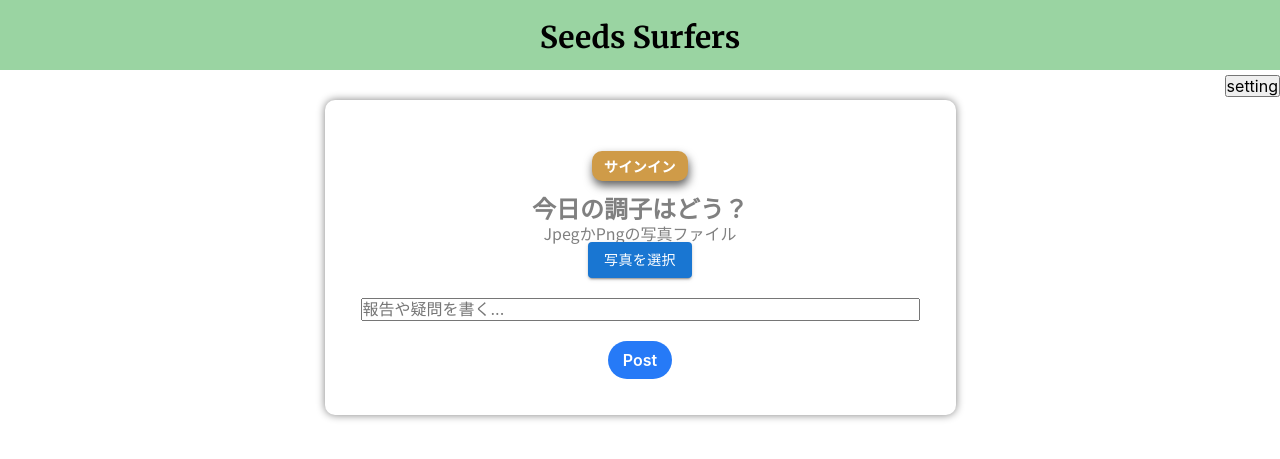
Repository: Seiya00002/seeds_surfers_react_sns
Page: /
The author's editor kept a copy of each file at every save. The page is drawn from the files as they stood at one save, then again after the next save.
The browser window is 1280 px wide. The pictures show the whole page.
The page's requests for data from a server got no answer. The project was rebuilt for these pictures with package versions that can differ from the ones it lists, and the page was loaded fresh each time. No one was signed in, and anything a server would have sent is missing. Also part of the build but not shown: src/Components/Post.css, src/Components/Post.tsx, src/Components/Account.tsx, src/Components/SignIn.css, src/Components/SignIn.tsx.

Above is the page before, as saved 2023-08-29 08:34:45.

### public/index.html
<!DOCTYPE html>
<html lang="en">
  <head>
    <meta charset="utf-8" />
    <link rel="icon" href="%PUBLIC_URL%/favicon.ico" />
    <meta name="viewport" content="width=device-width, initial-scale=1" />
    <meta name="theme-color" content="#000000" />
    <meta
      name="description"
      content="Web site created using create-react-app"
    />
    <link rel="apple-touch-icon" href="%PUBLIC_URL%/logo192.png" />

    <link rel="manifest" href="%PUBLIC_URL%/manifest.json" />

    <link rel="stylesheet" href="https://cdnjs.cloudflare.com/ajax/libs/normalize/8.0.1/normalize.min.css">
    <title>Seeds Surfers</title>
  </head>
  <body>
    <noscript>You need to enable JavaScript to run this app.</noscript>
    <div id="root"></div>

  </body>
</html>

### src/index.tsx
import React from 'react';
import { BrowserRouter, Routes, Route } from "react-router-dom";
import ReactDOM from 'react-dom/client';
import './index.css';
import reportWebVitals from './reportWebVitals';
import App from './App';
import Account from './Components/Account';
import SignIn from './Components/SignIn';

const root = ReactDOM.createRoot(
  document.getElementById('root') as HTMLElement
);
root.render(
  <React.StrictMode>
    <BrowserRouter>
      <Routes>
        <Route path='/' element={<App />} />
        <Route path='/account' element={<Account />} />
        <Route path='/signin' element={<SignIn />} />
      </Routes>
    </BrowserRouter>
  </React.StrictMode>
);

reportWebVitals();

### src/index.css
* {
  box-sizing: border-box;
  margin: 0;
  padding: 0;
}

body {
  font-family: -apple-system, BlinkMacSystemFont, 'Segoe UI', 'Roboto', 'Oxygen',
    'Ubuntu', 'Cantarell', 'Fira Sans', 'Droid Sans', 'Helvetica Neue',
    sans-serif;
  -webkit-font-smoothing: antialiased;
  -moz-osx-font-smoothing: grayscale;

}

code {
  font-family: source-code-pro, Menlo, Monaco, Consolas, 'Courier New',
    monospace;
}

### src/App.tsx
import React from 'react';
import './App.css';
import { db, storage } from './firebase';
import { useEffect, useState, useRef } from "react";
import { collection, query, orderBy, getDocs, QuerySnapshot } from "firebase/firestore";
import { doc, onSnapshot } from 'firebase/firestore';
import { AuthProvider } from './AuthContext';
import Header from './Header';
import Post from './Components/Post';
import PostUploader from './Components/PostUploader';

function App() {
  const [posts, setPosts] = useState<any>([]);

  useEffect(() => {
    const q = query(collection(db, 'posts'), orderBy('timestamp', 'desc'));
    // リアルタイム表示
    const unsubscribe = onSnapshot(q, (querySnapshot) => {
      const postsData = querySnapshot.docs.map((doc) => {
        return { id: doc.id, ...doc.data() };
      });
      setPosts(postsData);
    });

    return () => {
      // コンポーネントがアンマウントされる際にunsubscribeを行う
      unsubscribe();
    };
  }, []);

  console.log("Posts in App:", posts);

  return(
    <AuthProvider>
      <div className="App">
        <Header />
        <PostUploader setPosts={setPosts} />
        {posts.map((post:any) => (
          <Post key={post.timestamp} post={post} />
        ))}
      </div>
    </AuthProvider>
  );
}

export default App;

### src/App.css
@import url('https://fonts.googleapis.com/css2?family=Merriweather:wght@400;700&family=Noto+Sans+JP:wght@100;200;300;400;500;600;700&display=swap');

p {
  font-family: 'Noto Sans JP', sans-serif;
}

.App {
  text-align: center;
  display: flex;
  justify-content: center;
  align-items: center;
  width: 100%;
  flex-flow: column;
}

### src/firebase.tsx
import { initializeApp } from "firebase/app";
import { getFirestore } from "firebase/firestore";
import { getStorage } from "firebase/storage";
import { getAuth } from "firebase/auth";
import { GoogleAuthProvider } from "firebase/auth";


const firebaseConfig = {
  apiKey: "AIzaSyDRiOj3JAcuLe6c_Ms2hhsjBCCb8lLwSGU",
  authDomain: "seeds-surfers-react-sns.firebaseapp.com",
  projectId: "seeds-surfers-react-sns",
  storageBucket: "seeds-surfers-react-sns.appspot.com",
  messagingSenderId: "1087322797942",
  appId: "1:1087322797942:web:be61f4173bd538ec6e2c57"
};

const app = initializeApp(firebaseConfig);

export const storage = getStorage(app);
export const db = getFirestore(app);
export const auth = getAuth();
export const provider = new GoogleAuthProvider();

### src/AuthContext.tsx
import { useEffect } from "react";
import { auth } from "./firebase";
import { User } from "firebase/auth";
import { useAuthState } from "react-firebase-hooks/auth";
import { createContext, useState, Dispatch, SetStateAction  } from 'react';

type AuthContextType = {
    user: User | null;
    setUser: Dispatch<SetStateAction<User | null>>;
    signOut: () => Promise<void>;
};

export const AuthContext = createContext<AuthContextType>({
    user: null,
    setUser: () => {},
    signOut: async () => {}
});


export const AuthProvider = ({ children }: { children: React.ReactNode }) => {
    const [user, setUser] = useState<User | null>(() => {
        // リロード時ローカルストレージに状態一時保存
        const storedUser = localStorage.getItem('user');
        return storedUser ? JSON.parse(storedUser) : null;
    });

    useEffect(() => {
        if(user) {
            localStorage.setItem('user', JSON.stringify(user));
        } else {
            localStorage.removeItem('user');
        }
    }, [user]);

    const signOut = async () => {
        await auth.signOut();
        setUser(null);
    }

    return(
        <AuthContext.Provider value={{ user, setUser, signOut }}>
            { children }
        </AuthContext.Provider>
    );
};

### src/Header.tsx
import React from "react";
import { Link } from "react-router-dom";
import { AuthProvider } from './AuthContext';
import './Header.css';

function Header() {
    return(
        <AuthProvider>
            <div className="header">
                <h2>Seeds Surfers</h2>
                {/* <h3>Produced by cova.amigo</h3> */}
                <Link to="/account">
                <button
                className="settingButton"
                >
                    setting
                </button>
                </Link>
            </div>
        </AuthProvider>
    )
}

export default Header;

### src/Components/PostUploader.tsx
import React, { useState}  from "react";
import "./PostUploader.css";
import { Button } from '@mui/material';
import { db, storage } from "../firebase";
import { ref, uploadBytesResumable, getDownloadURL } from "firebase/storage";
import firebase from "firebase/app";
import "firebase/firestore";
import { addDoc, collection, serverTimestamp} from "firebase/firestore";
import Post from "./Post";
import Login from "./Login";

interface PostUploaderProps {
  setPosts: React.Dispatch<React.SetStateAction<any[]>>;
}

function PostUploader({ setPosts }: PostUploaderProps) {
  const [loading, setLoading] = useState<boolean>(false);
  const [isUpLoaded, setUploaded] = useState<boolean>(false);
  const [text, setText] = useState<string>("");
  const [fileUrl, setFileUrl] = useState<any>("");

  const OnFileUploadToFirebase = (e:any) => {
        const file = e.target.files[0];
        const storageRef = ref(storage, 'image/' + file.name);
        const uploadImage = uploadBytesResumable(storageRef, file);

        setLoading(true);

        uploadImage.then((snapshot) => {
          setLoading(false);
          setUploaded(true);
          return getDownloadURL(snapshot.ref);
        })
        .then((url) => {
          setFileUrl(url);
        })
        .catch((error: any) => {
          setLoading(false);
          console.error("画像のアップロードに失敗しました。:", error);
        });
  };

  const onTextUploadToFirebase = () => {
    addDoc(collection(db, "posts"), {
      text:text,
      imageUrl:fileUrl,
      timestamp: serverTimestamp(),
    })
    .then((docRef)=>{
      console.log("投稿が完了しました！");

      const newDocId = docRef.id;

      setText("");
      setFileUrl("");
      setUploaded(false);

      // Post コンポーネントに渡すデータに新しいドキュメントIDを追加
      setPosts((prevPosts) => [
        ...prevPosts,
        {
          text: text,
          imageUrl: fileUrl,
          timestamp: serverTimestamp(),
          id: newDocId,
        },
      ]);

      console.log("新しく追加されたドミュメントのID:", newDocId);
    })
    .catch((error: any) => {
      console.error("エラーが発生しました。:",error);
    });
  };


  return (
    <>
      {loading ?(
        <h2>画像アップロード中・・・</h2>
      ) : (
        <>
          {isUpLoaded ? (
            <>
              <div className="outerBox">
                <h2>画像アップロード完了しました！</h2>

                <form id="post">
                  <label>
                    <input
                      type="text"
                      placeholder="報告や疑問を書く..."
                      size={50}
                      maxLength={500}
                      value={text}
                      onChange={e => setText(e.target.value)}
                    />
                  </label>
                  </form>
                  <input
                    type="button"
                    form="post"
                    value="Post"
                    onClick={onTextUploadToFirebase}
                  />
              </div>
            </>
            ) : (
              <div className="outerBox">
                <div className="title">
                　<Login />
                  <h2>今日の調子はどう？</h2>
                  <p>JpegかPngの写真ファイル</p>
                </div>
                <Button variant="contained">
                  写真を選択
                  <input
                  className="imageUploadInput"
                  type="file"
                  accept=".png, .jpeg, .jpg"
                  onChange={OnFileUploadToFirebase}
                  />
                </Button>
                <form id="post">
                  <label>
                    <input
                      type="text"
                      placeholder="報告や疑問を書く..."
                      className="textPost"
                      size={50}
                      maxLength={500}
                      value={text}
                      onChange={e => setText(e.target.value)}
                    />
                  </label>
                  </form>
                  <input
                    type="button"
                    className="textUploadInput"
                    form="post"
                    value="Post"
                    onClick={onTextUploadToFirebase}
                  />
              </div>
            )
          }
        </>
      )}
    </>
  );
};

export default PostUploader;

### src/Components/Account.css
.accountSetting {
    margin-top: 20px;
    display: flex;
    justify-content: center;
    text-align: center;
}

.settingButton {
    float: right;
}

### src/Header.css
@import url('https://fonts.googleapis.com/css2?family=Merriweather:wght@400;700&display=swap');

.header {
    height: 70px;
    background-color: rgba(30, 160, 47, 0.449);
    margin: 0;
    padding: 0;
    width: 100%;
}

.header h2 {
    display: flex;
    justify-content: center;
    text-align: center;
    padding: 20px;
    font-family: 'Merriweather', serif;
    font-weight: 700;
    font-size: 30px;
}

### src/Components/PostUploader.css
.outerBox {
    margin: 30px 0;
    display: flex;
    flex-direction: column;
    align-items: center;
    justify-content: center;
    text-align: center;
    border: none;
    padding: 36px;
    border-radius: 10px;
    box-shadow: 0px 0px 8px gray;
    color: gray;
  }

  .outerBox h2 {
    font-weight: 600;
    margin-top: 5px;
  }

  .imageUplodeBox {
    border: 2px dashed #2d6395;
    padding: 35px 60px;
    position: relative;
  }

  .imageLogoAndText p {
    margin-bottom: 0px;
  }

  .imageUploadInput {
    opacity: 0;
    position: absolute;
    top: 0;
    left: 0;
    width: 100%;
    height: 100%;
    cursor: pointer;
  }

  .textPost {
    margin: 20px 0;
  }

  .textUploadInput {
    border-radius: 50px;
    border: none;
    background-color: #267af7;
    color: white;
    padding: 10px 15px;
    cursor: pointer;
    font-weight: 600;
  }

### src/Components/Login.tsx
//Login.tsx
import { signInWithPopup, User } from "firebase/auth";
import React from 'react';
import { useAuthState } from 'react-firebase-hooks/auth';
import { auth, provider } from '../firebase';
import './Login.css';


function Login() {
    const [user] = useAuthState(auth);

    return (
        <div className="userInfo">
            {user ? (
                <>
                    <UserInfo user={user} />
                    <SignOutButton />
                </>
            ) : (
                <SignInButton />
            )}
        </div>
    );
}

export default Login;

function SignInButton() {
    const signInWithGoogle = () => {
        signInWithPopup(auth, provider);
    };

    return (
        <button
        className="signin-button"
        onClick={signInWithGoogle}>
            <p>サインイン</p>
        </button>
    );
}

function SignOutButton() {
    return (
        <button
        className="signout-button"
        onClick={() => auth.signOut()}>
            <p>サインアウト</p>
        </button>
    );
}

function UserInfo({ user }: {user: User}) {
    const { displayName, photoURL } = user;

    return (
        <div>
            {photoURL && (
                <img
                    src={photoURL}
                    alt="User Icon"
                    className="userIcon"
                />
            )}
        </div>
    );
}

### src/Components/Login.css
.userInfo {
    margin: 5px 20px;
    display: flex;
  }

  h1 {
    font-size: 3rem;
  }

.userIcon {
    border-radius: 50%;
    width: 50px;
    height: 50px;
  }

.signout-button {
    margin: 10px 10px;
    padding: 7px 12px;
    border: none;
    border-radius: 10px;
    box-shadow: 1px 5px 10px #626262;
    cursor: pointer;
    background-color: #cf9b48;
    color: white;
    font-weight: 300;
    font-size: 5px;
    width: 80pxpx;
    height: 30px;
  }

  .signin-button {
    margin: 10px auto;
    padding: 7px 12px;
    border: none;
    border-radius: 10px;
    box-shadow: 1px 5px 10px #626262;
    cursor: pointer;
    background-color: #cf9b48;
    color: white;
    font-weight: 300;
    font-size: 5px;
    width: 80pxpx;
    height: 30px;
  }

  .signout-button p {
    font-size: 0.9rem;
    font-weight: 600;
  }

  .signin-button p {
    font-size: 0.9rem;
    font-weight: 600;
  }

Loaded but not shown: src/reportWebVitals.ts (common file)

After the next save:
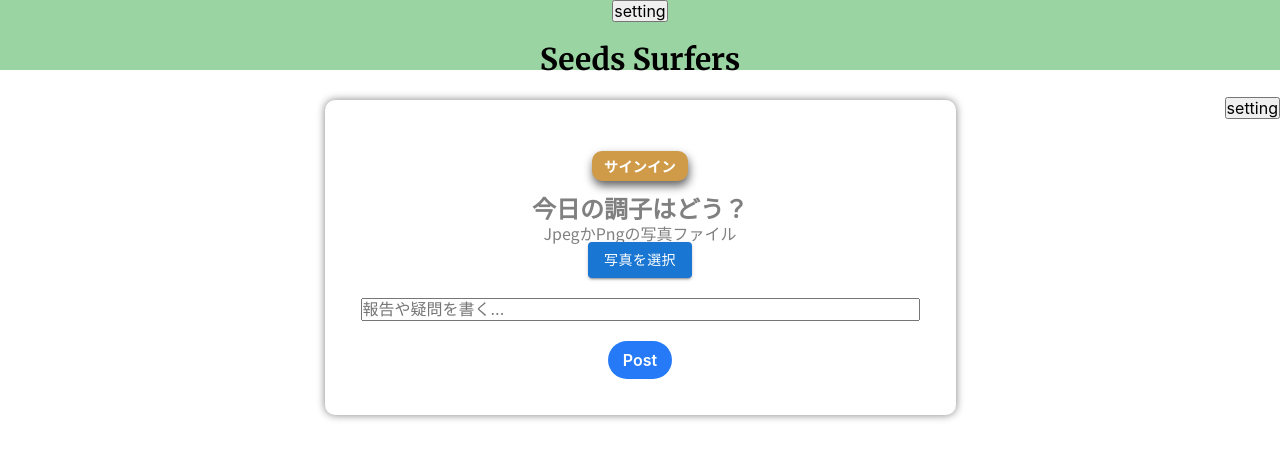
Saved 61 s later.
--- a/src/Header.tsx
+++ b/src/Header.tsx
@@ -7,6 +7,13 @@ function Header() {
     return(
         <AuthProvider>
             <div className="header">
+                <Link to="/signin">
+                <button
+                className="signinButton"
+                >
+                    setting
+                </button>
+                </ Link>
                 <h2>Seeds Surfers</h2>
                 {/* <h3>Produced by cova.amigo</h3> */}
                 <Link to="/account">
